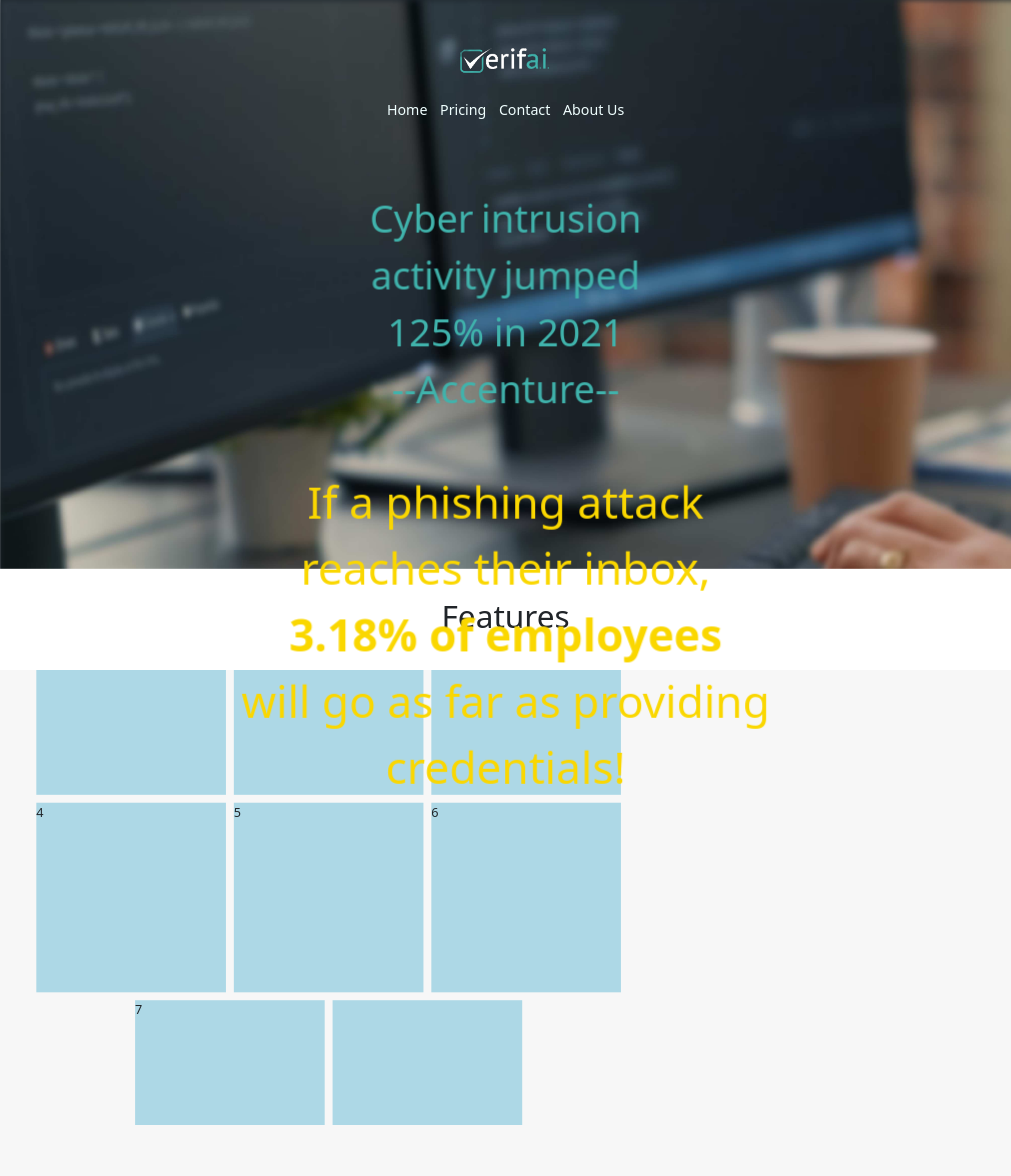
Repository: Ali-VB/verif-website
Page: /
These files come from the project's save history. The page is drawn as it stood at one moment and after the next save; the edit follows.
The browser window is 1280 px wide. The pictures show the whole page, at 79% of full size.
An inner scrolling area shows only its first screen. The project was rebuilt for these pictures with package versions that can differ from the ones it lists, and the page was loaded fresh each time.

Above is the page before, as saved 2022-04-19 10:55:38.

After the next save:
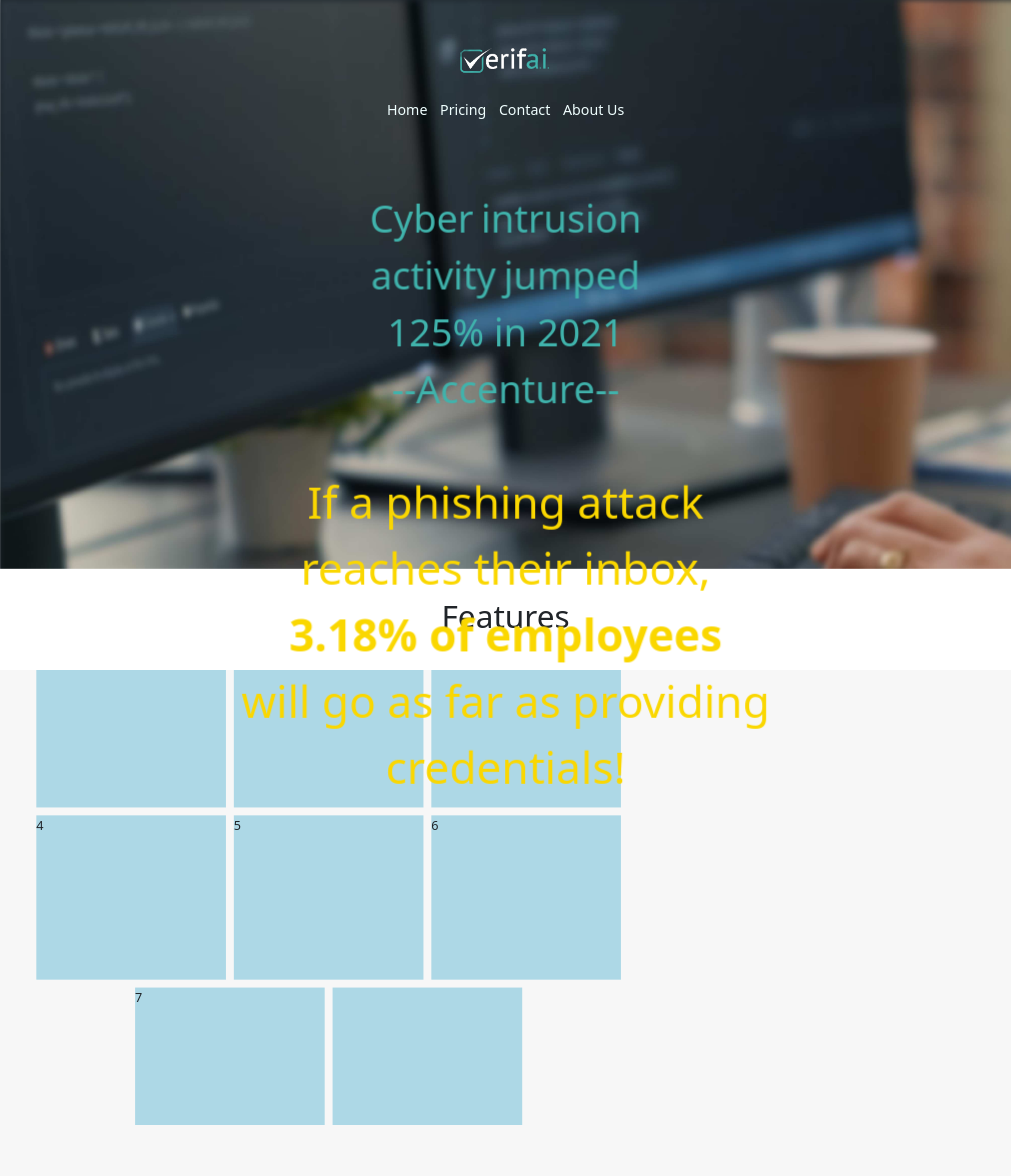
Saved 11 s later.
--- a/src/components/Features/Features.css
+++ b/src/components/Features/Features.css
@@ -24,7 +24,7 @@
 }
 .feature-table div{
     width: 15rem;
-    height: 15rem;
+    height: 13rem;
     margin: 5px;
     background-color: lightblue;
 }
